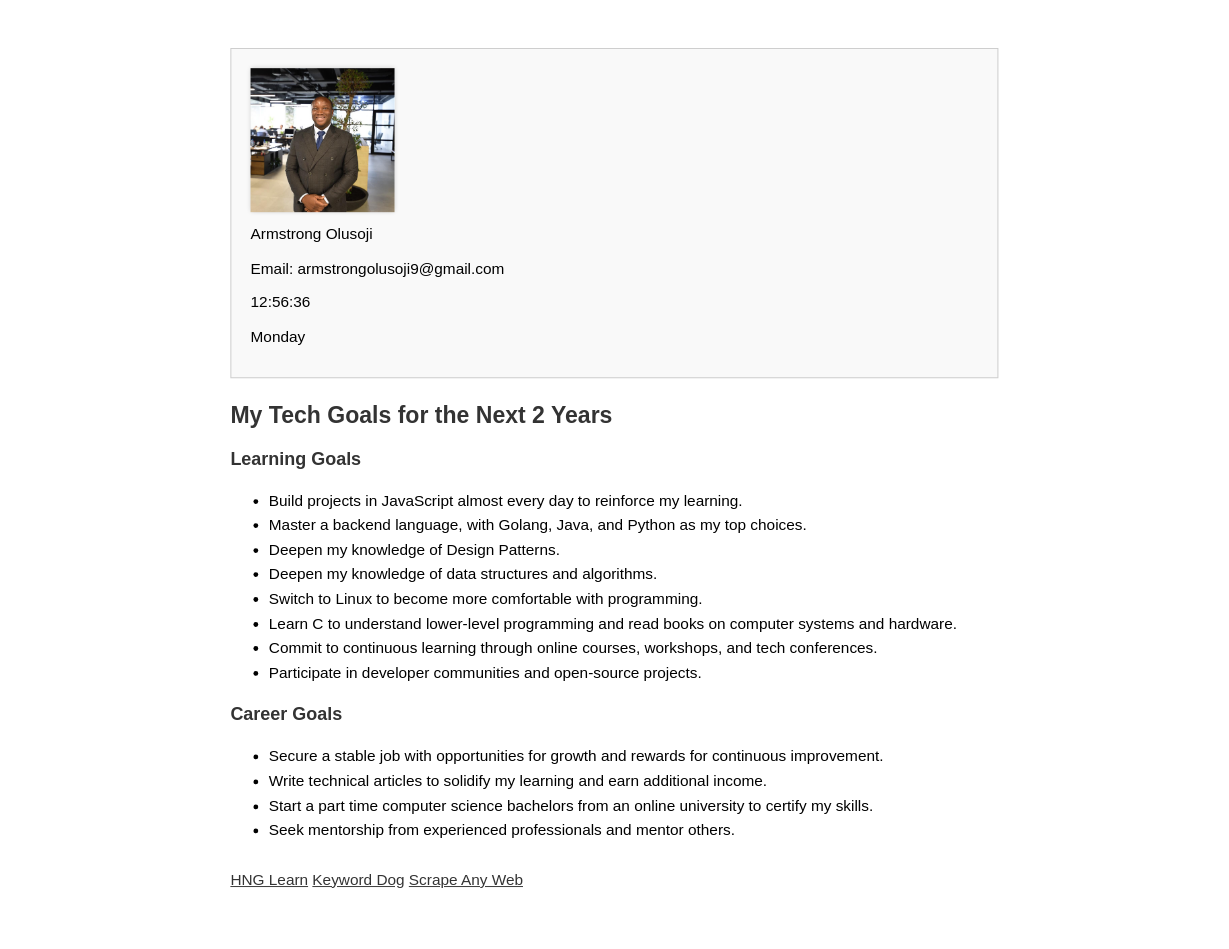
Repository: Armstrong2035/hng-project-one
Page: index.html
These files come from the project's save history. The page is drawn as it stood at one moment and after the next save; the edit follows.
The browser window is 1280 px wide. The pictures show the whole page, at 96% of full size.

Above is the page before, as saved 2024-07-01 17:07:44.

After the next save:
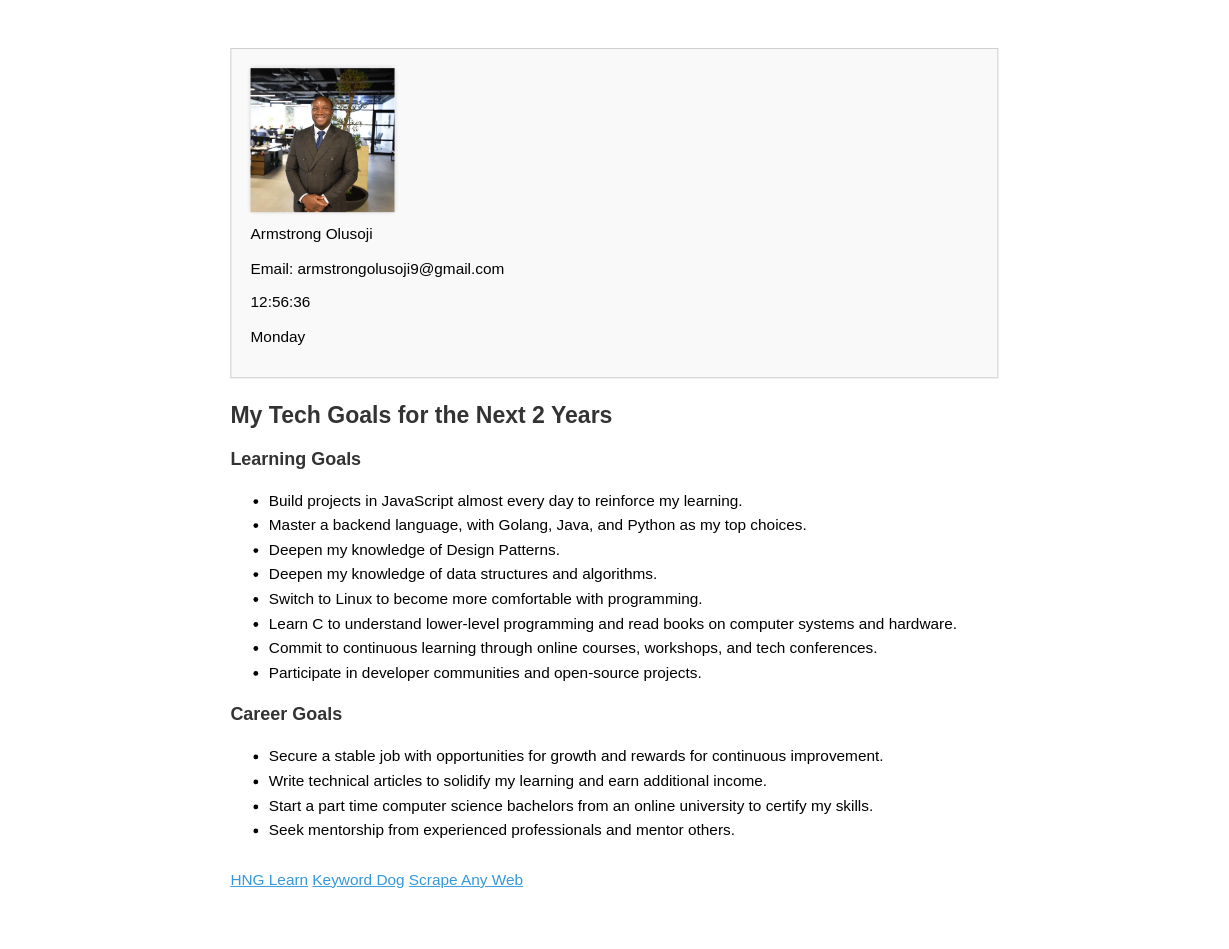
Saved 20 s later.
--- a/style.css
+++ b/style.css
@@ -50,7 +50,7 @@ h3 {
 a {
   display: inline-block;
   margin: 10px 0;
-  color: #333;
+  color: #3498db;
 }
 
 a:hover {
